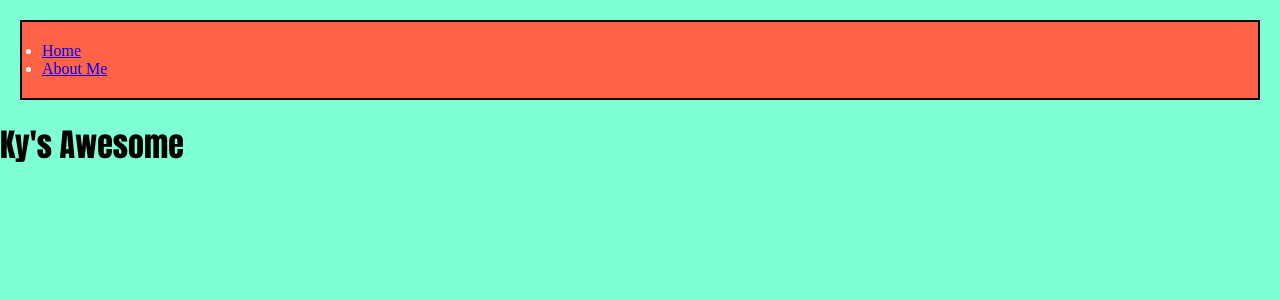
Repository: monicaifijeh/test2
Page: kyportfolio/src/index.html
These files come from the project's save history. The page is drawn as it stood at one moment and after the next save; the edit follows.
The browser window is 1280 px wide. The pictures show the whole page.

Above is the page before, as saved 2024-12-18 20:33:32.

### kyportfolio/src/index.html
<!DOCTYPE html>
<html lang="en">
  <head>
    <meta charset="UTF-8" />
    <meta name="viewport" content="width=device-width, initial-scale=1.0" />
    <title>Ky's Portfolio</title>
    <link rel="stylesheet" href="mystyleOne.css" />
  </head>

  <body>
    <nav>
      <ul class="navi">
        <li><a href="#search-engine-optimization">Home</a></li>
        <li><a href="#online-reputation-management">About Me</a></li>
      </ul>
    </nav>
    <h1>Ky's Awesome</h1>
  </body>
</html>

### kyportfolio/src/mystyleOne.css
/* applies to the whole webpage*/
* {
    box-sizing: border-box;
    padding: 0;
    margin: 0;
}

/* applies to the body of the webpage*/
body{
    background-color: aquamarine;
}

/* applies to the headings of the webpage*/
h1{
    color: black; font-family: Impact, Haettenschweiler, 'Arial Narrow Bold', sans-serif;
}
nav{
   border: 0ch;
}
.navi{
    background-color: tomato;
  color: white;
  border: 2px solid black;
  margin: 20px;
  padding: 20px;
}

After the next save:
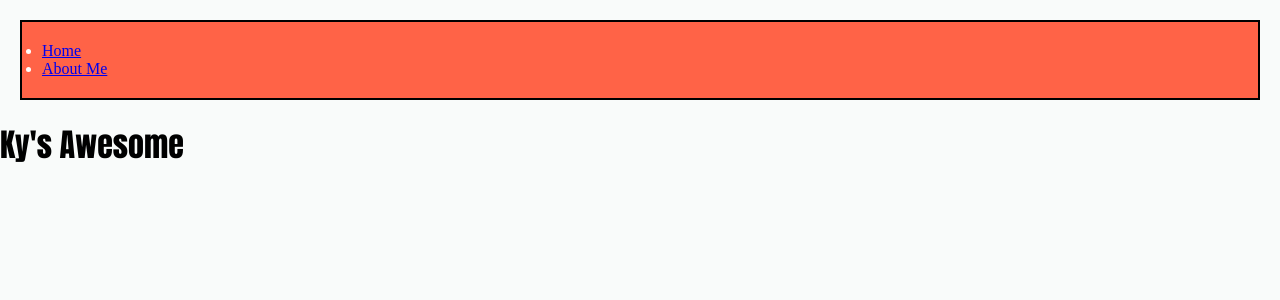
Saved 47 s later.
--- a/kyportfolio/src/mystyleOne.css
+++ b/kyportfolio/src/mystyleOne.css
@@ -7,7 +7,7 @@
 
 /* applies to the body of the webpage*/
 body{
-    background-color: aquamarine;
+    background-color: rgb(249, 251, 250);
 }
 
 /* applies to the headings of the webpage*/
